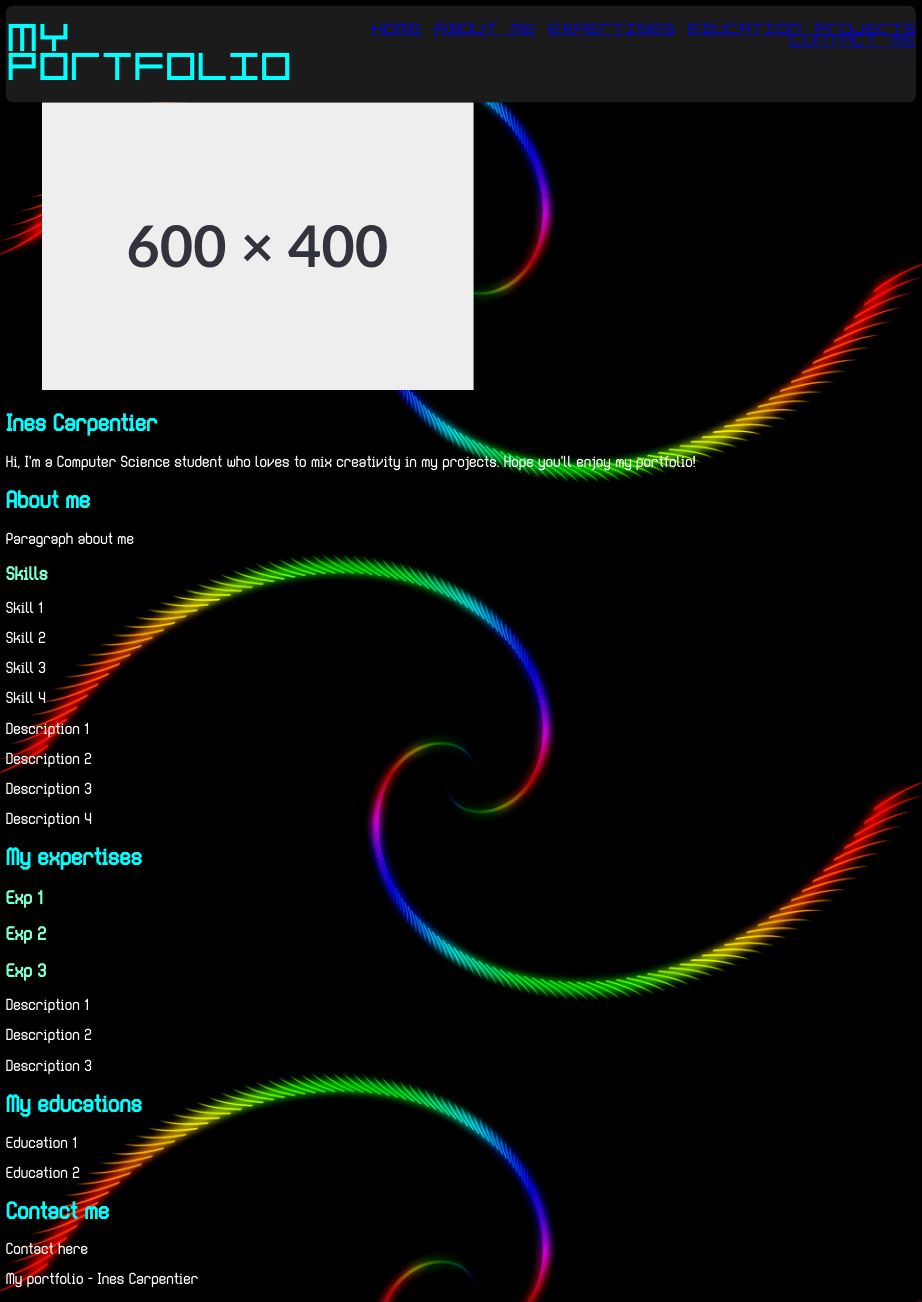
Repository: InsCarp/InsCarp
Page: index.html
These files come from the project's save history. The page is drawn as it stood at one moment and after the next save; the edit follows.
The browser window is 1280 px wide. The pictures show the whole page, at 72% of full size.
Backgrounds fixed to the window are drawn as part of the page.

Above is the page before, as saved 2026-04-22 11:25:48.

After the next save:
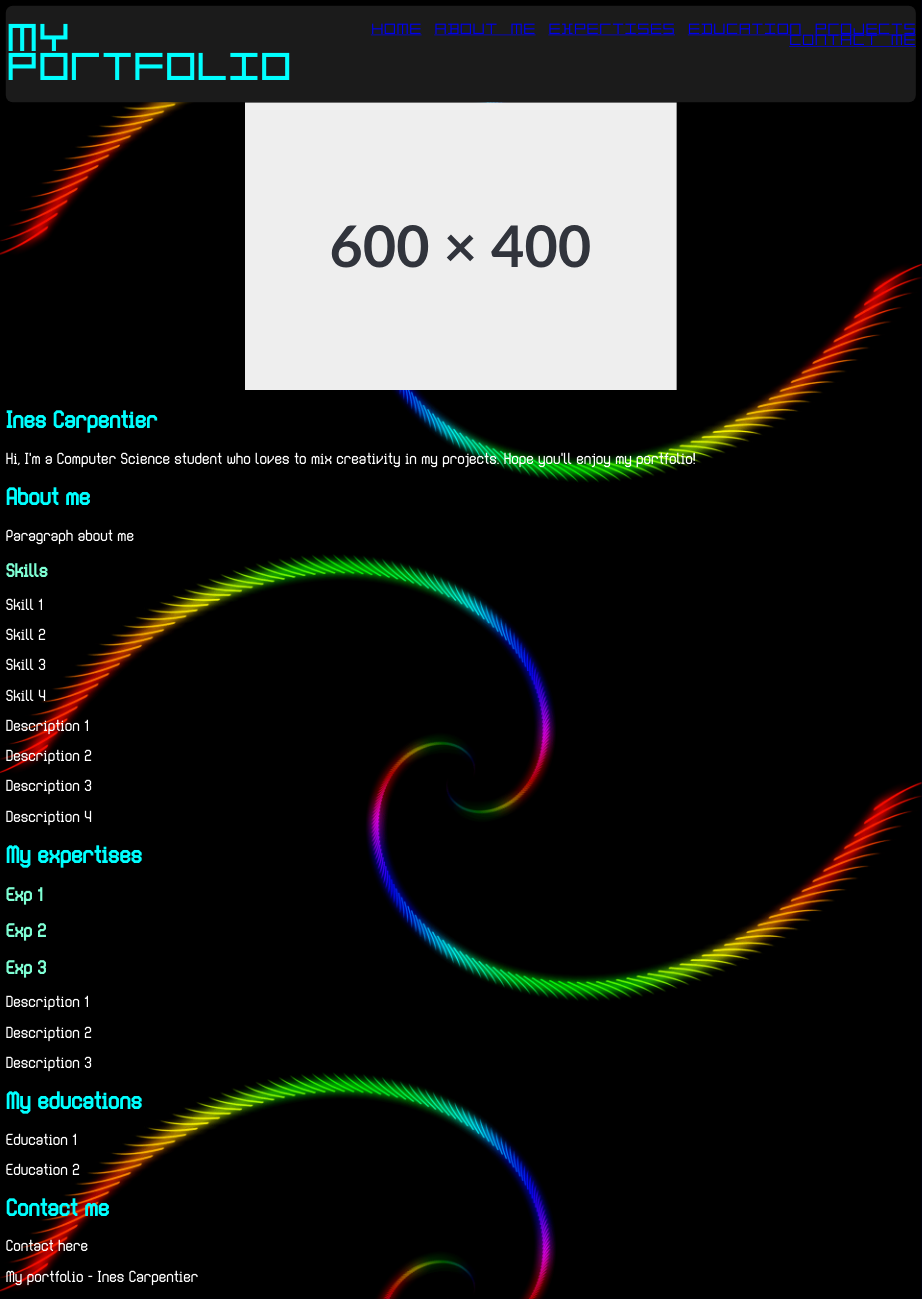
Saved 40 s later.
--- a/styles/index.css
+++ b/styles/index.css
@@ -1,3 +1,4 @@
 #Me{
-    margin-left:50px;
+    display:block;
+    margin: auto;
 }
